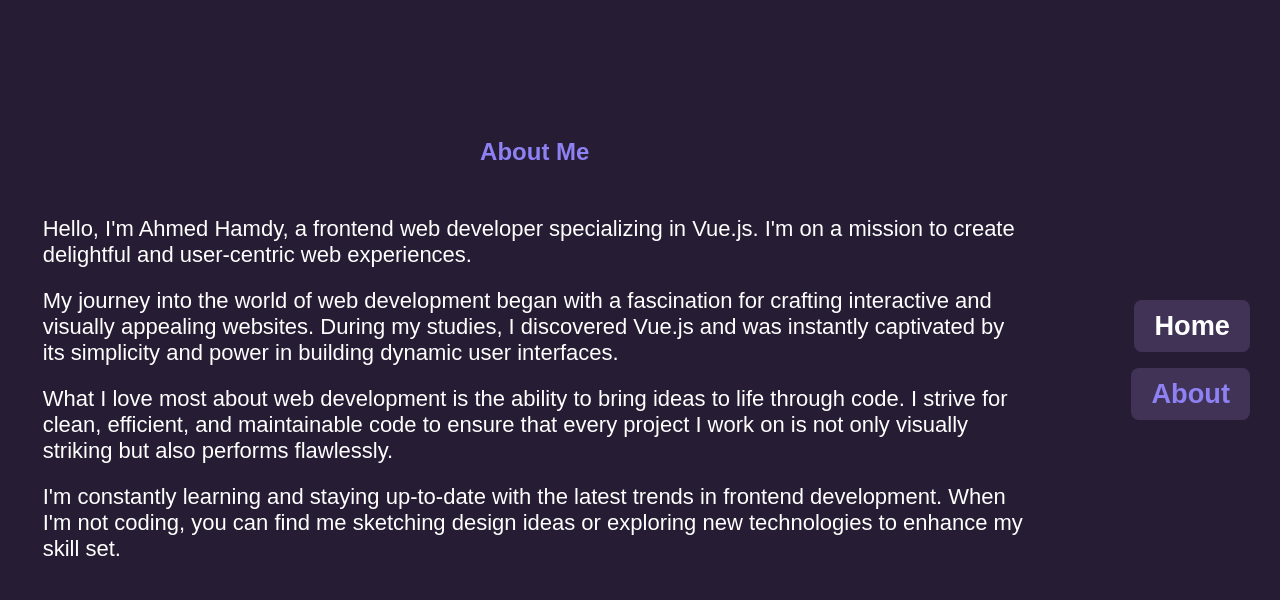
Repository: ahamdy997/portfolio
Page: /about
The author's editor kept a copy of each file at every save. The page is drawn from the files as they stood at one save, then again after the next save.
The browser window is 1280 px wide. The pictures show the whole page.
The project was rebuilt for these pictures with package versions that can differ from the ones it lists, and the page was loaded fresh each time. Also part of the build but not shown: vue.config.js, src/components/HelloWorld.vue, src/views/HomeView.vue.

Above is the page before, as saved 2023-11-05 22:35:20.

After the next save:
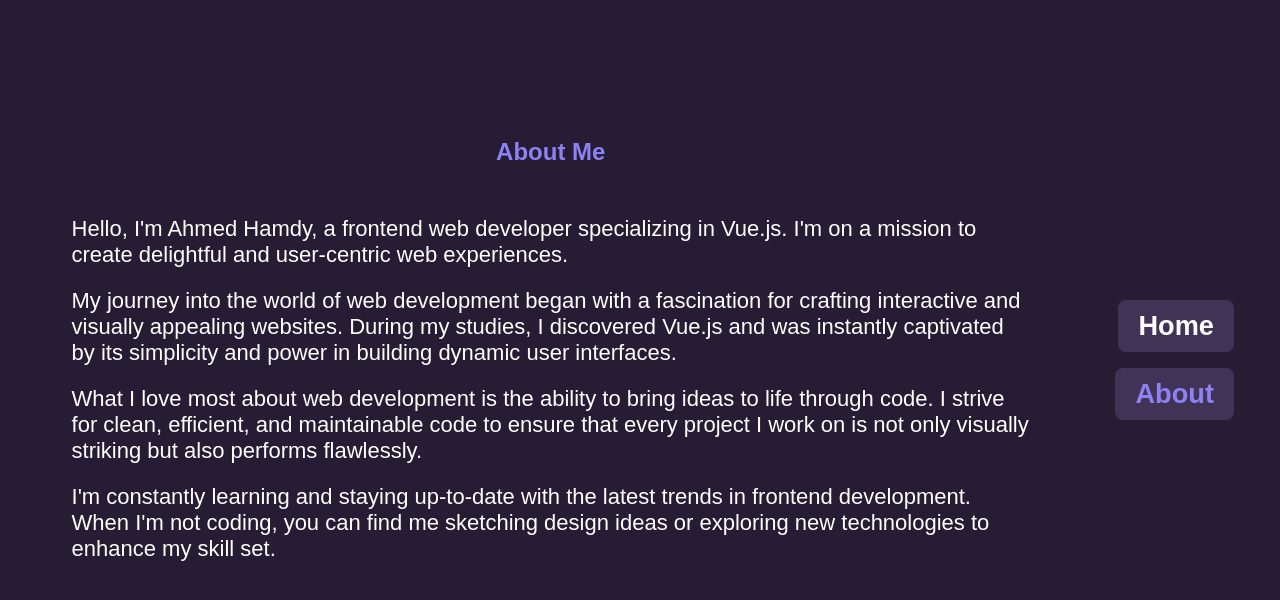
Saved 42 s later.
--- a/src/App.vue
+++ b/src/App.vue
@@ -24,7 +24,7 @@
   align-items: center;
   justify-content: space-between;
   width: 100%;
-  gap: 2rem;
+  padding: 1rem;
 }
 header {
   font-size: 1.7rem;
